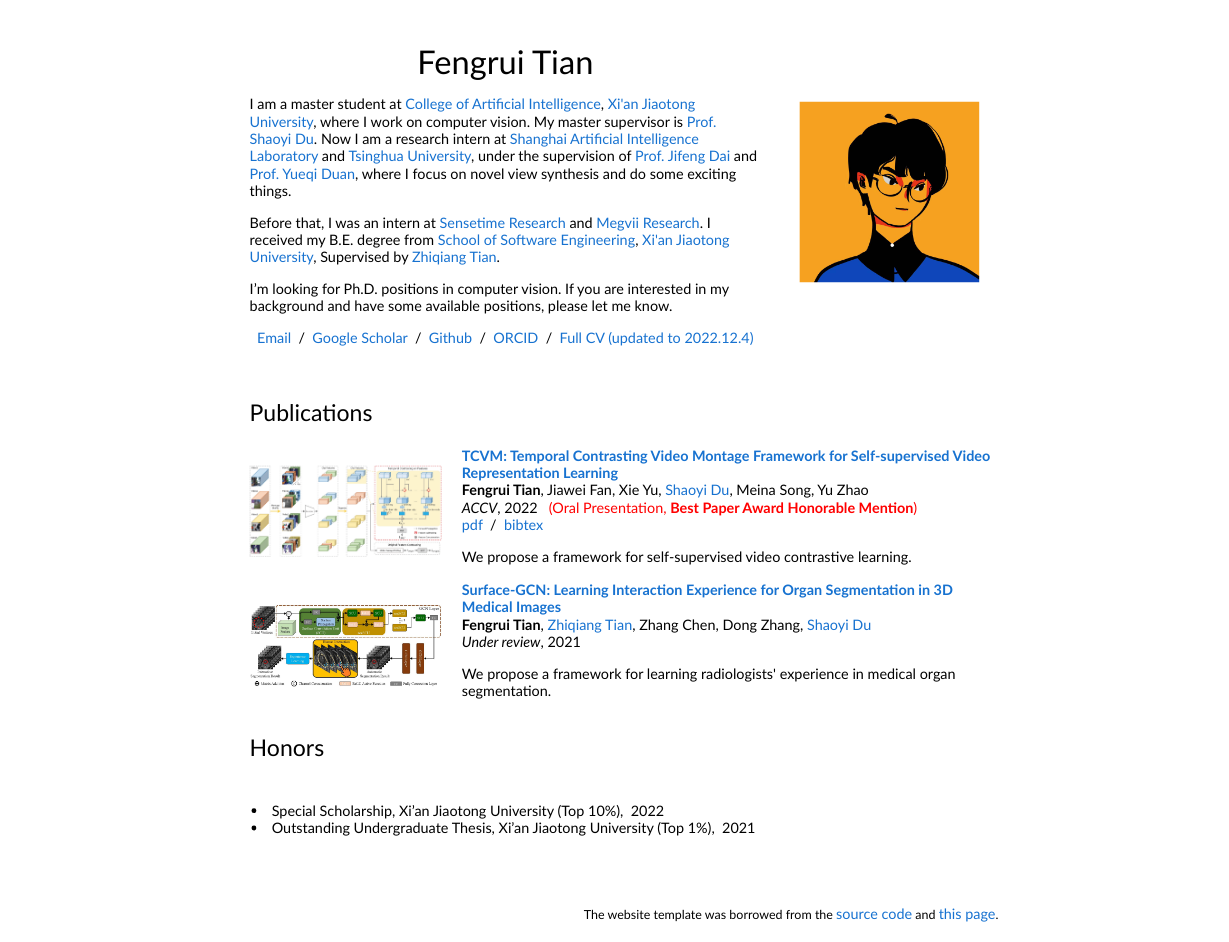
Repository: tianfr/tianfr.github.io
Page: index.html
An editor plug-in stored every save of this project. The page is shown before and after the next save, followed by the edit.
The browser window is 1280 px wide. The pictures show the whole page, at 96% of full size.

Above is the page before, as saved 2022-12-08 18:09:39.

### index.html
<!DOCTYPE HTML>
<html lang="en"><head><meta http-equiv="Content-Type" content="text/html; charset=UTF-8">

  <title>Fengrui Tian </title>

  <meta name="author" content="Fengrui Tian">
  <meta name="viewport" content="width=device-width, initial-scale=1">

  <link rel="stylesheet" type="text/css" href="stylesheet.css">
	<link rel="icon" href="data:[embedded picture, 141 characters]">
</head>

<body>
  <table style="width:100%;max-width:800px;border:0px;border-spacing:0px;border-collapse:separate;margin-right:auto;margin-left:auto;"><tbody>
    <tr style="padding:0px">
      <td style="padding:0px">
        <table style="width:100%;border:0px;border-spacing:0px;border-collapse:separate;margin-right:auto;margin-left:auto;"><tbody>
          <tr style="padding:0px">
            <td style="padding:2.5%;width:63%;vertical-align:middle">
              <p style="text-align:center">
                <name>
                  Fengrui Tian
                  <!-- <font face="KaiTi" size="6">田丰瑞</font> -->
                </name>
              </p>
              <p>I am a master student at <a href="http://iair.xjtu.edu.cn/">College of Artificial Intelligence</a>, <a href="http://www.xjtu.edu.cn/">Xi'an Jiaotong University</a>, where I work on computer vision. My master supervisor is <a href="https://gr.xjtu.edu.cn/en/web/dushaoyi/home">Prof. Shaoyi Du</a>. Now I am a research intern at <a href="https://www.shlab.org.cn/">Shanghai Artificial Intelligence Laboratory</a> and <a href="https://www.tsinghua.edu.cn/">Tsinghua University</a>, under the supervision of <a href="https://jifengdai.org/">Prof. Jifeng Dai</a> and  <a href="https://duanyueqi.github.io/">Prof. Yueqi Duan</a>, where I focus on novel view synthesis and do some exciting things.
              </p>
              <p> Before that, I was an intern at <a href="https://www.sensetime.com/">Sensetime Research</a> and
                <a href="https://www.megvii.com/">Megvii Research</a>. I received my B.E. degree from  <a href="https://blog.google/products/google-ar-vr/introducing-next-generation-jump/">School of Software Engineering</a>, <a href="http://www.xjtu.edu.cn/">Xi'an Jiaotong University</a>, Supervised by <a href="https://gr.xjtu.edu.cn/en/web/zhiqiangtian/home">Zhiqiang Tian</a>.
              </p>
              <p>  I’m looking for Ph.D. positions in computer vision. If you are interested in my background and have some available positions, please let me know.
              </p>
              <p style="text-align:center">
                <a href="mailto:tianfr@stu.xjtu.edu.cn">Email</a> &nbsp/&nbsp
                <!-- <a href="data/JonBarron-CV.pdf">CV</a> &nbsp/&nbsp -->
                <!-- <a href="data/JonBarron-bio.txt">Bio</a> &nbsp/&nbsp -->
                <a href="https://scholar.google.com/citations?hl=en&user=jQ5a6axA_XEC">Google Scholar</a> &nbsp/&nbsp
                <!-- <a href="https://twitter.com/jon_barron">Twitter</a> &nbsp/&nbsp -->
                <a href="https://github.com/tianfr/">Github</a> &nbsp/&nbsp
                <a href="https://orcid.org/0000-0002-9577-5276">ORCID</a> &nbsp/&nbsp
                <a href="data/CV_Fengrui_Tian_2022_12_4.pdf">Full CV (updated to 2022.12.4)</a>

              </p>
            </td>
            <td style="padding:2.5%;width:25%;max-width:25%">
              <a href="images/Fengrui_Tian_avatar.jpg"><img style="width:100%;max-width:100%" alt="profile photo" src="images/Fengrui_Tian_avatar.jpg" class="hoverZoomLink"></a>
            </td>
          </tr>
        <!-- </tbody></table>
        <table style="width:100%;border:0px;border-spacing:0px;border-collapse:separate;margin-right:auto;margin-left:auto;"><tbody>
            <tr>
            <td style="padding:20px;width:100%;vertical-align:middle">
              <heading>Research</heading>
              <p>
                I'm interested in computer vision, machine learning, optimization, and image processing. Much of my research is about inferring the physical world (shape, motion, color, light, etc) from images. Representative papers are <span class="highlight">highlighted</span>.
              </p>
            </td>
          </tr>
        </tbody></table> -->
        <table width="100%" align="center" border="0" cellspacing="0" cellpadding="20"><tbody>
          <tr>
            <td>
              <heading>Publications</heading>
            </td>
          </tr>
        </tbody></table>
        <table style="width:100%;border:0px;border-spacing:0px;border-collapse:separate;margin-right:auto;margin-left:auto;"><tbody>

          <tr onmouseout="dreamfusion_stop()" onmouseover="dreamfusion_start()">
            <td style="padding:20px;width:25%;vertical-align:middle">
              <img src="images/tcvm_overview.jpg" alt="prl" width="200" height="95">
            </td>
            <!-- <td style="padding:20px;width:25%;vertical-align:middle">
              <div class="one">
                <div class="two" id='dreamfusion_image'><video  width=100% height=100% muted autoplay loop>
                <source src="images/dreamfusion.mp4" type="video/mp4">
                Your browser does not support the video tag.
                </video></div>
                <img src='images/tcvm_overview.jpg' width="160">
              </div>
              <script type="text/javascript">
                function dreamfusion_start() {
                  document.getElementById('dreamfusion_image').style.opacity = "1";
                }

                function dreamfusion_stop() {
                  document.getElementById('dreamfusion_image').style.opacity = "0";
                }
                dreamfusion_stop()
              </script>
            </td> -->
            <!-- <td style="padding:20px;width:75%;vertical-align:middle"> -->
            <td width="75%" valign="middle">
              <a href="paper/Tian_TCVM_Temporal_Contrasting_Video_Montage_Framework_for_Self-supervised_Video_Representation_ACCV_2022_paper.pdf">
                <papertitle>TCVM: Temporal Contrasting Video Montage Framework for Self-supervised Video Representation Learning</papertitle>
              </a>
              <br>
              <strong>Fengrui Tian</strong>,
              Jiawei Fan,
              Xie Yu,
              <a href="https://gr.xjtu.edu.cn/en/web/dushaoyi/home">Shaoyi Du</a>,
              Meina Song,
              Yu Zhao
              <br>
              <em>ACCV</em>, 2022 &nbsp <font color="red">(Oral Presentation, <strong>Best Paper Award Honorable Mention</strong>)</font>
              <br>
              <a href="paper/Tian_TCVM_Temporal_Contrasting_Video_Montage_Framework_for_Self-supervised_Video_Representation_ACCV_2022_paper.pdf">pdf</a>  &nbsp/&nbsp
              <a href="data/accv22TCVM.bib">bibtex</a>
              <p></p>
              <p>
              We propose a framework for self-supervised video contrastive learning.
              </p>
            </td>
          </tr>


          <tr>
            <td style="padding:20px;width:25%;vertical-align:middle">
              <img src="images/surfacegcn.jpg" alt="prl" width="200" height="85">
            </td>
            <td width="75%" valign="middle">
              <a href="">
                <papertitle>Surface-GCN: Learning Interaction Experience for Organ Segmentation in 3D Medical Images</papertitle>
              </a>
              <br>
              <strong>Fengrui Tian</strong>,
              <a href="https://gr.xjtu.edu.cn/en/web/zhiqiangtian/home">Zhiqiang Tian</a>,
              Zhang Chen,
              Dong Zhang,
              <a href="https://gr.xjtu.edu.cn/en/web/dushaoyi/home">Shaoyi Du</a>
              <br>
              <em>Under review</em>, 2021
              <br>
              <!-- <a href="data/BarronPRL2009.bib">bibtex</a> -->
              <p>We propose a framework for learning radiologists' experience in medical organ segmentation.</p>
            </td>
          </tr>

        </tbody></table>


        <table width="100%" align="center" border="0" cellspacing="0" cellpadding="20"><tbody>
          <tr>
            <td>
              <heading>Honors</heading>
            </td>
          </tr>
        </tbody></table>
        <table width="100%" align="center" border="0" cellpadding="20"><tbody>
          <tr>
            <td style="padding:20px;width:100%;vertical-align:middle">
              <li>Special Scholarship, Xi’an Jiaotong University (Top 10%),&nbsp; 2022 </li>
              <li>Outstanding Undergraduate Thesis, Xi’an Jiaotong University (Top 1%),&nbsp; 2021 </li> <br>
          </td>

          </tr>


        </tbody></table>
        <table style="width:100%;border:0px;border-spacing:0px;border-collapse:separate;margin-right:auto;margin-left:auto;"><tbody>
          <tr>
            <td style="padding:0px">
              <br>
              <p style="text-align:right;font-size:small;">
                The website template was borrowed from the <a href="https://github.com/jonbarron/website">source code</a> and <a href="https://jonbarron.info/"> this page</a>.
              </p>
            </td>
          </tr>
        </tbody></table>
      </td>
    </tr>
  </table>
</body>

</html>

### stylesheet.css
/* latin-ext */
@font-face {
  font-family: 'Lato';
  font-style: italic;
  font-weight: 400;
  src: local('Lato Italic'), local('Lato-Italic'), url(https://fonts.gstatic.com/s/lato/v15/S6u8w4BMUTPHjxsAUi-qNiXg7eU0.woff2) format('woff2');
  unicode-range: U+0100-024F, U+0259, U+1E00-1EFF, U+2020, U+20A0-20AB, U+20AD-20CF, U+2113, U+2C60-2C7F, U+A720-A7FF;
}
/* latin */
@font-face {
  font-family: 'Lato';
  font-style: italic;
  font-weight: 400;
  src: local('Lato Italic'), local('Lato-Italic'), url(https://fonts.gstatic.com/s/lato/v15/S6u8w4BMUTPHjxsAXC-qNiXg7Q.woff2) format('woff2');
  unicode-range: U+0000-00FF, U+0131, U+0152-0153, U+02BB-02BC, U+02C6, U+02DA, U+02DC, U+2000-206F, U+2074, U+20AC, U+2122, U+2191, U+2193, U+2212, U+2215, U+FEFF, U+FFFD;
}
/* latin-ext */
@font-face {
  font-family: 'Lato';
  font-style: italic;
  font-weight: 700;
  src: local('Lato Bold Italic'), local('Lato-BoldItalic'), url(https://fonts.gstatic.com/s/lato/v15/S6u_w4BMUTPHjxsI5wq_FQftx9897sxZ.woff2) format('woff2');
  unicode-range: U+0100-024F, U+0259, U+1E00-1EFF, U+2020, U+20A0-20AB, U+20AD-20CF, U+2113, U+2C60-2C7F, U+A720-A7FF;
}
/* latin */
@font-face {
  font-family: 'Lato';
  font-style: italic;
  font-weight: 700;
  src: local('Lato Bold Italic'), local('Lato-BoldItalic'), url(https://fonts.gstatic.com/s/lato/v15/S6u_w4BMUTPHjxsI5wq_Gwftx9897g.woff2) format('woff2');
  unicode-range: U+0000-00FF, U+0131, U+0152-0153, U+02BB-02BC, U+02C6, U+02DA, U+02DC, U+2000-206F, U+2074, U+20AC, U+2122, U+2191, U+2193, U+2212, U+2215, U+FEFF, U+FFFD;
}
/* latin-ext */
@font-face {
  font-family: 'Lato';
  font-style: normal;
  font-weight: 400;
  src: local('Lato Regular'), local('Lato-Regular'), url(https://fonts.gstatic.com/s/lato/v15/S6uyw4BMUTPHjxAwXiWtFCfQ7A.woff2) format('woff2');
  unicode-range: U+0100-024F, U+0259, U+1E00-1EFF, U+2020, U+20A0-20AB, U+20AD-20CF, U+2113, U+2C60-2C7F, U+A720-A7FF;
}
/* latin */
@font-face {
  font-family: 'Lato';
  font-style: normal;
  font-weight: 400;
  src: local('Lato Regular'), local('Lato-Regular'), url(https://fonts.gstatic.com/s/lato/v15/S6uyw4BMUTPHjx4wXiWtFCc.woff2) format('woff2');
  unicode-range: U+0000-00FF, U+0131, U+0152-0153, U+02BB-02BC, U+02C6, U+02DA, U+02DC, U+2000-206F, U+2074, U+20AC, U+2122, U+2191, U+2193, U+2212, U+2215, U+FEFF, U+FFFD;
}
/* latin-ext */
@font-face {
  font-family: 'Lato';
  font-style: normal;
  font-weight: 700;
  src: local('Lato Bold'), local('Lato-Bold'), url(https://fonts.gstatic.com/s/lato/v15/S6u9w4BMUTPHh6UVSwaPGQ3q5d0N7w.woff2) format('woff2');
  unicode-range: U+0100-024F, U+0259, U+1E00-1EFF, U+2020, U+20A0-20AB, U+20AD-20CF, U+2113, U+2C60-2C7F, U+A720-A7FF;
}
/* latin */
@font-face {
  font-family: 'Lato';
  font-style: normal;
  font-weight: 700;
  src: local('Lato Bold'), local('Lato-Bold'), url(https://fonts.gstatic.com/s/lato/v15/S6u9w4BMUTPHh6UVSwiPGQ3q5d0.woff2) format('woff2');
  unicode-range: U+0000-00FF, U+0131, U+0152-0153, U+02BB-02BC, U+02C6, U+02DA, U+02DC, U+2000-206F, U+2074, U+20AC, U+2122, U+2191, U+2193, U+2212, U+2215, U+FEFF, U+FFFD;
}

a {
  color: #1772d0;
  text-decoration: none;
}

a:focus,
a:hover {
  color: #f09228;
  text-decoration: none;
}

body,
td,
th,
tr,
p,
a {
  font-family: 'Lato', Verdana, Helvetica, sans-serif;
  font-size: 15px
}

strong {
  font-family: 'Lato', Verdana, Helvetica, sans-serif;
  font-size: 15px;
}

heading {
  font-family: 'Lato', Verdana, Helvetica, sans-serif;
  font-size: 24px;
}

papertitle {
  font-family: 'Lato', Verdana, Helvetica, sans-serif;
  font-size: 15px;
  font-weight: 700
}

name {
  font-family: 'Lato', Verdana, Helvetica, sans-serif;
  font-size: 34px;
}

.one {
  width: 160px;
  height: 160px;
  position: relative;
}

.two {
  width: 160px;
  height: 160px;
  position: absolute;
  transition: opacity .2s ease-in-out;
  -moz-transition: opacity .2s ease-in-out;
  -webkit-transition: opacity .2s ease-in-out;
}

.fade {
  transition: opacity .2s ease-in-out;
  -moz-transition: opacity .2s ease-in-out;
  -webkit-transition: opacity .2s ease-in-out;
}

span.highlight {
  background-color: #ffffd0;
}

After the next save:
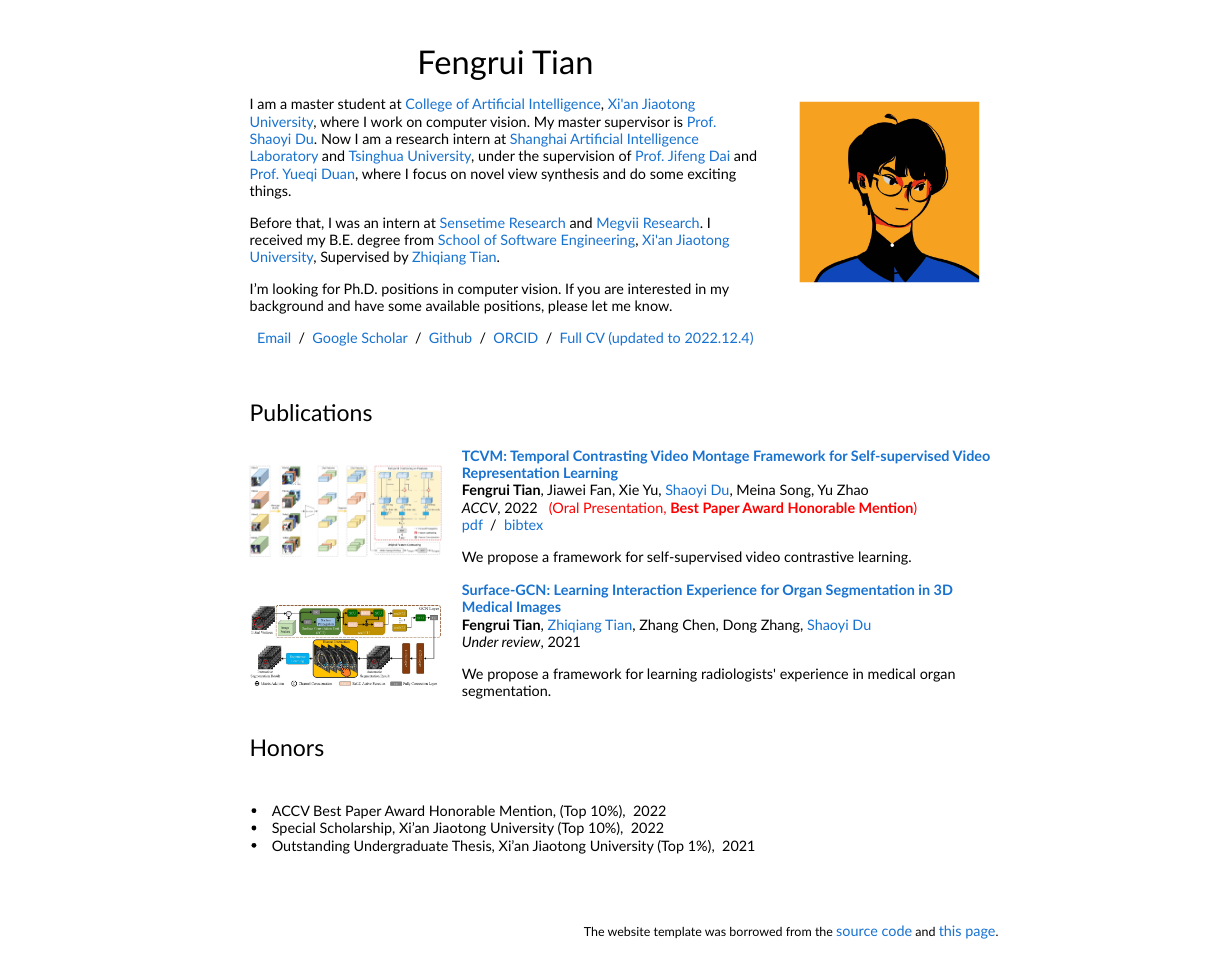
Saved 58 s later.
--- a/index.html
+++ b/index.html
@@ -149,6 +149,7 @@
         <table width="100%" align="center" border="0" cellpadding="20"><tbody>
           <tr>
             <td style="padding:20px;width:100%;vertical-align:middle">
+              <li>ACCV Best Paper Award Honorable Mention, (Top 10%),&nbsp; 2022 </li>
               <li>Special Scholarship, Xi’an Jiaotong University (Top 10%),&nbsp; 2022 </li>
               <li>Outstanding Undergraduate Thesis, Xi’an Jiaotong University (Top 1%),&nbsp; 2021 </li> <br>
           </td>
